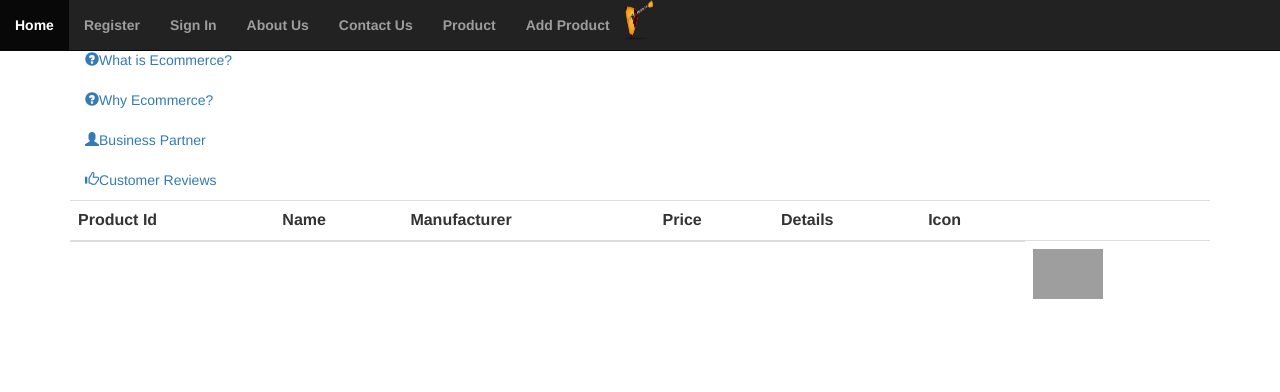
Repository: aradhana15/myFinalRepository
Page: http://localhost/music/WEB-INF/views/productDesc.jsp
An editor plug-in stored every save of this project. The page is shown before and after the next save, followed by the edit.
The browser window is 1280 px wide. The pictures show the whole page.
The page is served by Tomcat 9. Nobody is signed in. Other server files are loaded and not shown. The template is opened directly, without the code that normally fills it, so the values that code supplies are empty.

Above is the page before, as saved 2016-04-23 19:53:24.
Console error (its wording comes from the project's code and is left out).

### wwf/music/src/main/webapp/WEB-INF/views/productDesc.jsp
<%@include file="header.jsp"%>
<html>
	<body>
		<div class="container">
  <!-- <h2>Product Details</h2>
  <p>Here are the new products available in this site...</p>      -->
  <div class="table-responsive">
  <table class="table table-hover" width="50%">
    <thead>
      <tr>
        <th>Product Id</th>
        <th>Name</th>
        <th>Manufacturer</th>
        <th>Price</th>
        <th>Details</th>
        <th>Icon</th>
      </tr>
    </thead>
    <tbody>
	      <tr>
        <td>${data.id}</td>
        <td>${data.name}</td>
        <td>${data.manufacturer}</td>
        <td>${data.price}</td>
        <td>${data.desc}</td>
        <td>${data.image}</td>
        <td><img src="<c:url value='${data.image}'/>" height="50px" width="70px"/></td>
      </tr>
      </tbody>
  </table>
  </div>
</div>



	</body>
</html>

### wwf/music/src/main/webapp/WEB-INF/views/header.jsp

<meta name="viewport" content="width=device-width, initial-scale=1">
<link rel="stylesheet"
	href="http://maxcdn.bootstrapcdn.com/bootstrap/3.3.6/css/bootstrap.min.css">
<script
	src="http://maxcdn.bootstrapcdn.com/bootstrap/3.3.6/js/bootstrap.min.js"></script>
<%@taglib prefix="spr" uri="http://www.springframework.org/tags"%>
<%@taglib prefix="c" uri="http://java.sun.com/jsp/jstl/core"%>


<div class="container">
	<div class="navbar navbar-inverse navbar-fixed-top" role="navigation" style="background-color:rgb(); ;font-weight: bold;play-during: mix;color: white">


		<div class="nav navbar-nav">
			<li class="active"><a href="house">Home</a></li>
			<li><a href="register">Register</a></li>
			<!-- if u by deflt make anything acive -->
			<li><a href="sign">Sign In</a></li>
			<li><a href="aboutus">About Us</a></li>
			<li><a href="contactus">Contact Us</a></li>
			<li><a href="product">Product</a></li>
			<li><a href="addnewproduct">Add Product</a></li>
			 <li><img src="<c:url value='/resources/images/guitar.jpg' />"height="40px" width="30px"></li>


		</div>
	</div>
	<!-- <div class="nav navbar-nav"> -->
	<br>
	<br>
	<div class="nav nav-tabs">
		<button type="button" class="navbar-toggle" data-toggle="collapse"
			data-target=".navbar-collapse">
			<span class="sr-only">Toggle navigation</span> <span class="icon-bar"></span>
			<span class="icon-bar"></span> <span class="icon-bar"></span>
		</button>
		<ul class="nav">
			<li class="active"><a href="whatecomm"> <i
					class="glyphicon glyphicon-question-sign"></i>What is Ecommerce?</a>
			<li><a href="yecomm"> <i
					class="glyphicon glyphicon-question-sign"></i>Why Ecommerce?</a></li>
			<li><a href="businessparter"> <i
					class="glyphicon glyphicon-user"></i>Business Partner</a></li>
			<li><a href="custreview"> <i
					class="glyphicon glyphicon-thumbs-up"></i>Customer Reviews</a></li>
		</ul>
	</div>
</div>

After the next save:
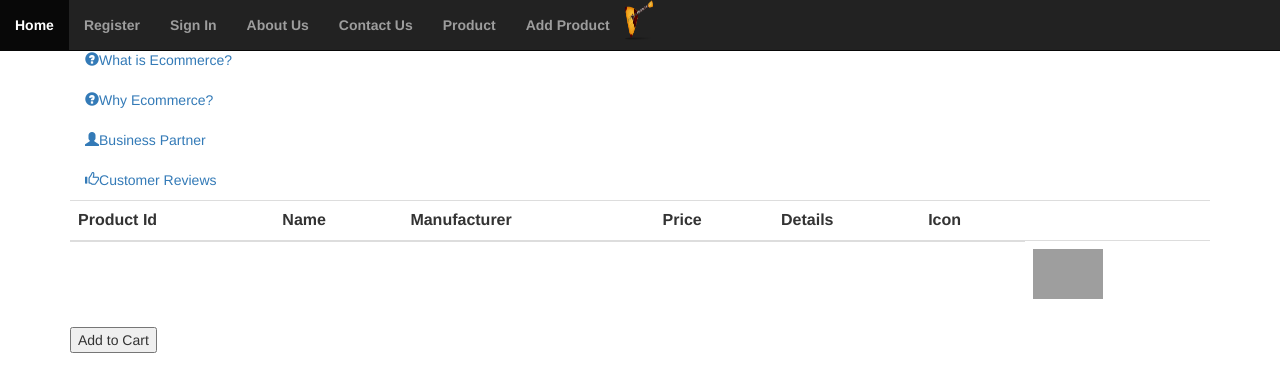
Saved 105 s later.
--- a/wwf/music/src/main/webapp/WEB-INF/views/productDesc.jsp
+++ b/wwf/music/src/main/webapp/WEB-INF/views/productDesc.jsp
@@ -29,6 +29,9 @@
       </tbody>
   </table>
   </div>
+  <form action="a">
+  	<input type="submit" value="Add to Cart">
+  </form>
 </div>
 
 
